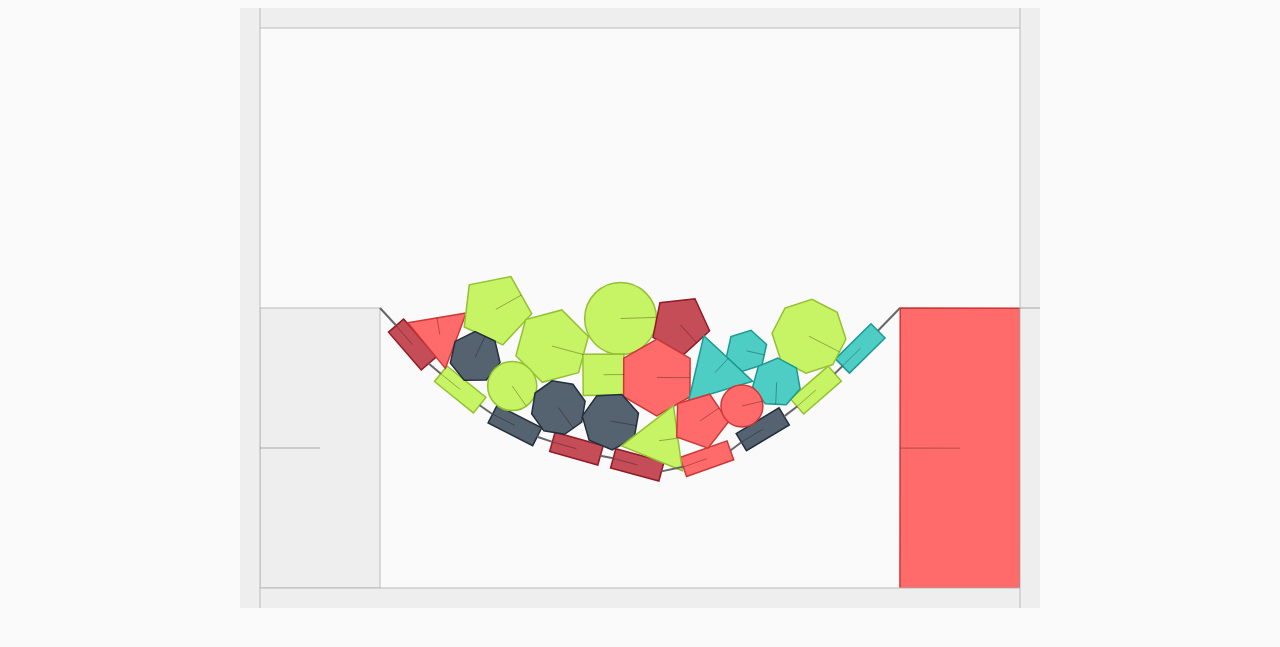
Repository: WebRTCGame/Kinematics-Character
Page: bf.html
The author's editor kept a record of every edit. The page is drawn from the files as they stood at one moment, then again after the next edit.
The browser window is 1280 px wide. The pictures show the whole page.

Above is the page before.

After the next edit:
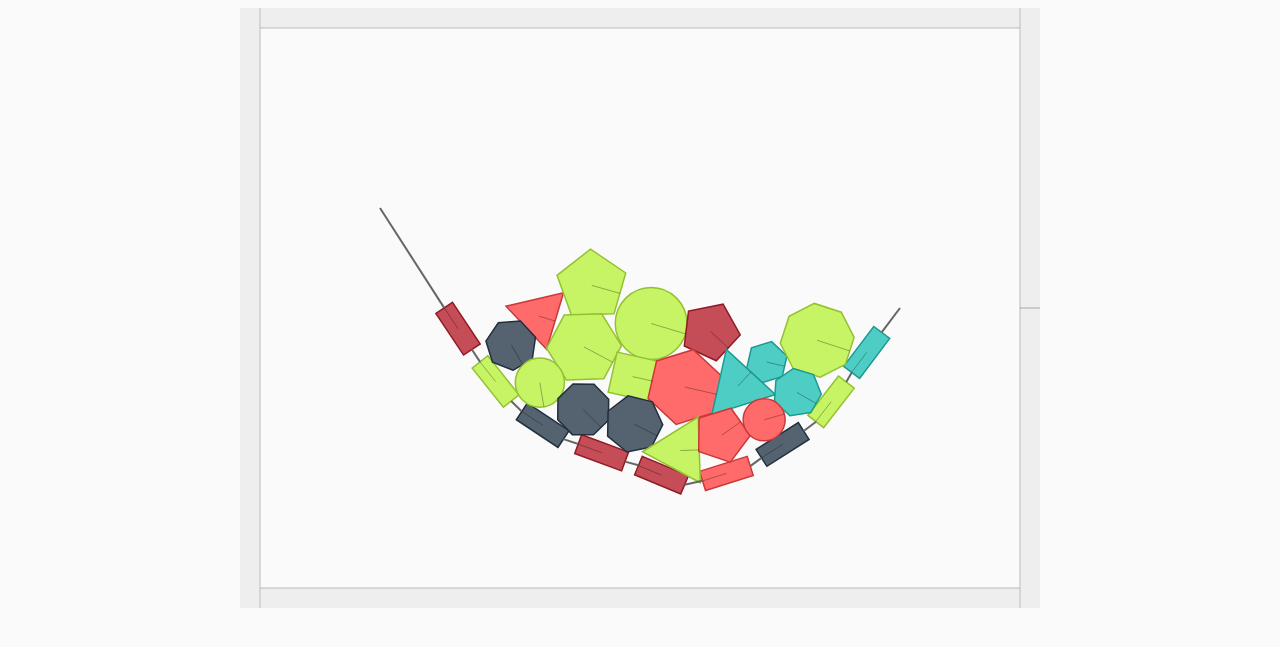
The edit:
--- a/bf.html
+++ b/bf.html
@@ -72,9 +72,9 @@
 // add all bodies to the world
 World.add(engine.world, [
   bridge,
-  Bodies.rectangle(80, 440, 120, 280, { isStatic: true }),
-  Bodies.rectangle(720, 440, 120, 280, { isStatic: false }),
-  Constraint.create({ pointA: { x: 140, y: 300 }, bodyB: bridge.bodies[0], pointB: { x: -25, y: 0 } }),
+  //Bodies.rectangle(80, 440, 120, 280, { isStatic: true }),
+  //Bodies.rectangle(720, 440, 120, 280, { isStatic: false }),
+  Constraint.create({ pointA: { x: 140, y: 200 }, bodyB: bridge.bodies[0], pointB: { x: -25, y: 0 } }),
   Constraint.create({ pointA: { x: 660, y: 300 }, bodyB: bridge.bodies[8], pointB: { x: 25, y: 0 } }),
   stack
 ]);
